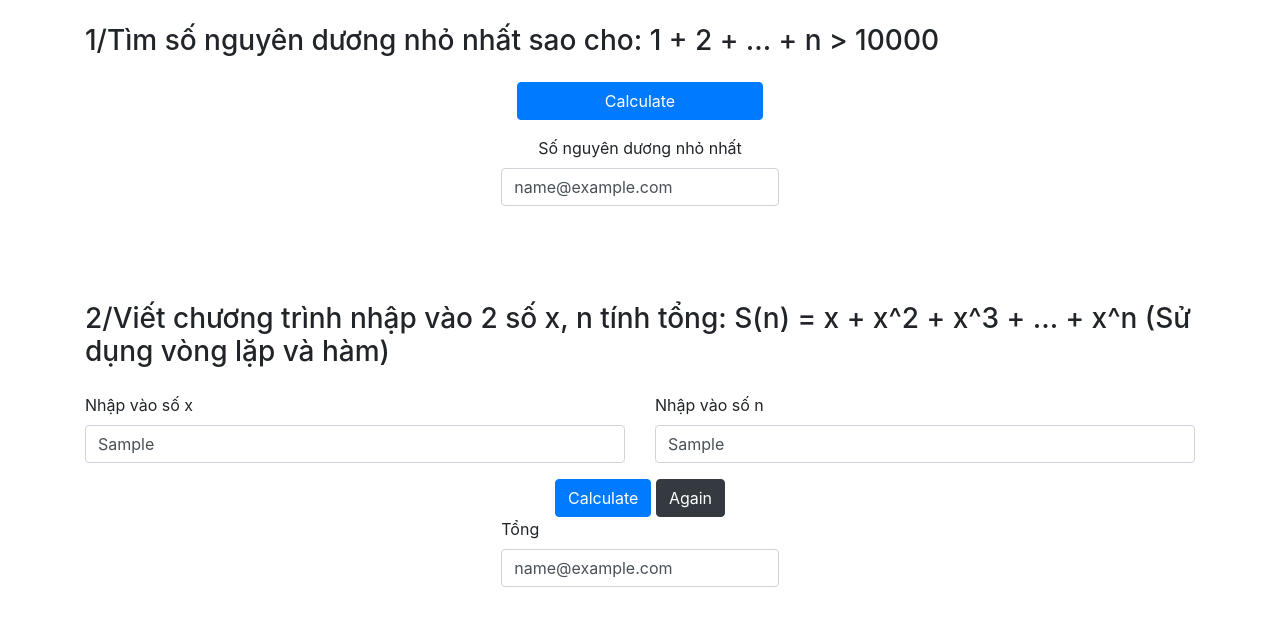
Repository: baobaodeveloper/bootcamp21__loop__HuynhAnhBao
Page: index.html
These files come from the project's save history. The page is drawn as it stood at one moment and after the next save; the edit follows.
The browser window is 1280 px wide. The pictures show the whole page.
Empty fields were first filled with sample values (such as "Sample", 5 or name@example.com).
After loading, the first visible `#calculate-sum` was clicked once.

Above is the page before, as saved 2022-03-16 23:24:10.

After the next save:
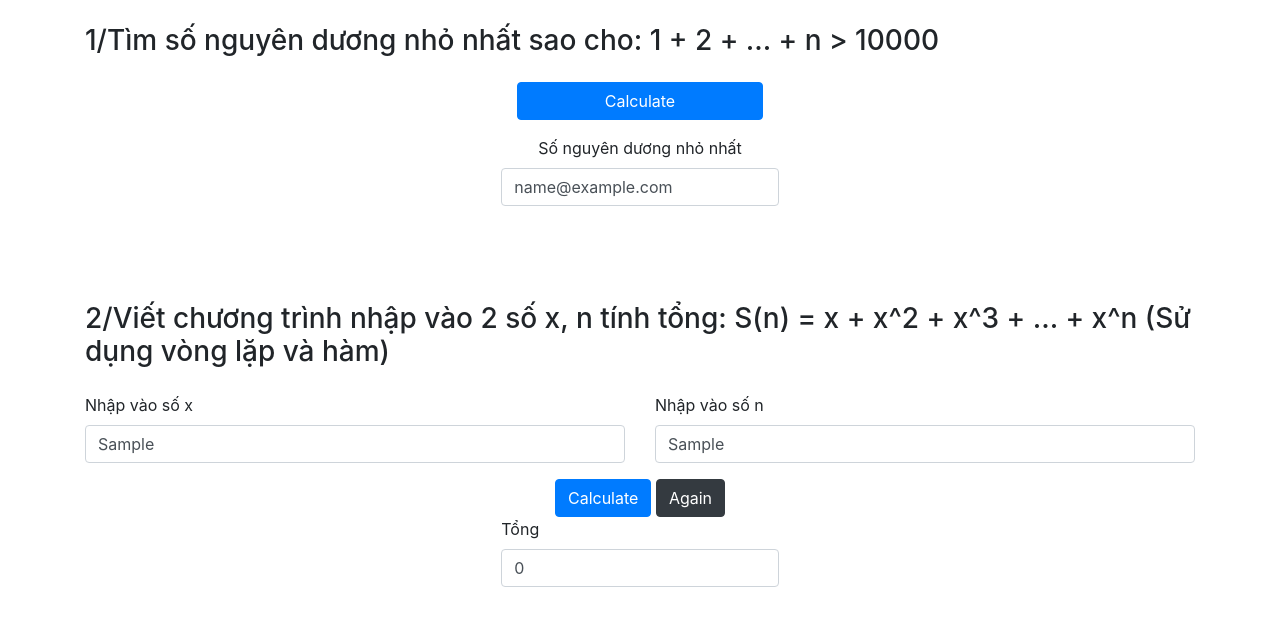
Saved 11 s later.
--- a/exercise2.js
+++ b/exercise2.js
@@ -9,5 +9,7 @@ document.getElementById("calculate-sum").addEventListener("click", () => {
     for (let i = 1; i <= numNValue; i++) {
       sum += numXValue ** i;
     }
+
+    result2.value = sum;
   }
 });
